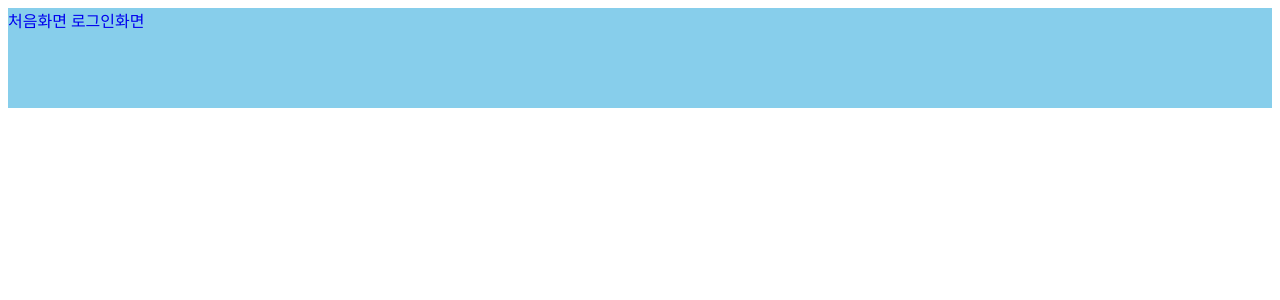
Repository: golddrone7/front
Page: http://localhost/bookproject2/
An editor plug-in stored every save of this project. The page is shown before and after the next save, followed by the edit.
The browser window is 1280 px wide. The pictures show the whole page.
The page is served by Tomcat 9. Other server files are loaded and not shown.

Above is the page before, as saved 2023-02-24 01:21:25.

### bookproject2/web/index.jsp
<%@ page language="java" contentType="text/html; charset=UTF-8"
    pageEncoding="UTF-8"%>
<%@ include file="menu.jsp" %>

</body>
</html>

### bookproject2/web/menu.jsp
<%@ page language="java" contentType="text/html; charset=UTF-8"
    pageEncoding="UTF-8"%>
<!DOCTYPE html>
<html>
<head>
<meta charset="UTF-8">
<title>Insert title here</title>
<style type="text/css">
body{
	align-content: center;
}
.top {
	background-color: skyblue;
	height: 100px;
	paddin: 40px;
}

a {
	text-decoration: none;
}
</style>

</head>
<body>
<div class="top">
<span><a href="index.jsp">처음화면</a></span>
<span><a href="./login/loginOk.jsp">로그인화면</a></span>

</div>

After the next save:
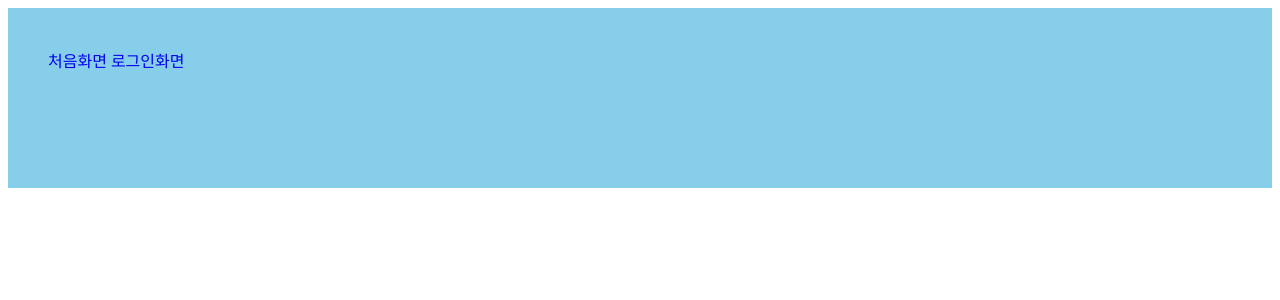
Saved 5 s later.
--- a/bookproject2/web/menu.jsp
+++ b/bookproject2/web/menu.jsp
@@ -12,7 +12,7 @@ body{
 .top {
 	background-color: skyblue;
 	height: 100px;
-	paddin: 40px;
+	padding: 40px;
 }
 
 a {
